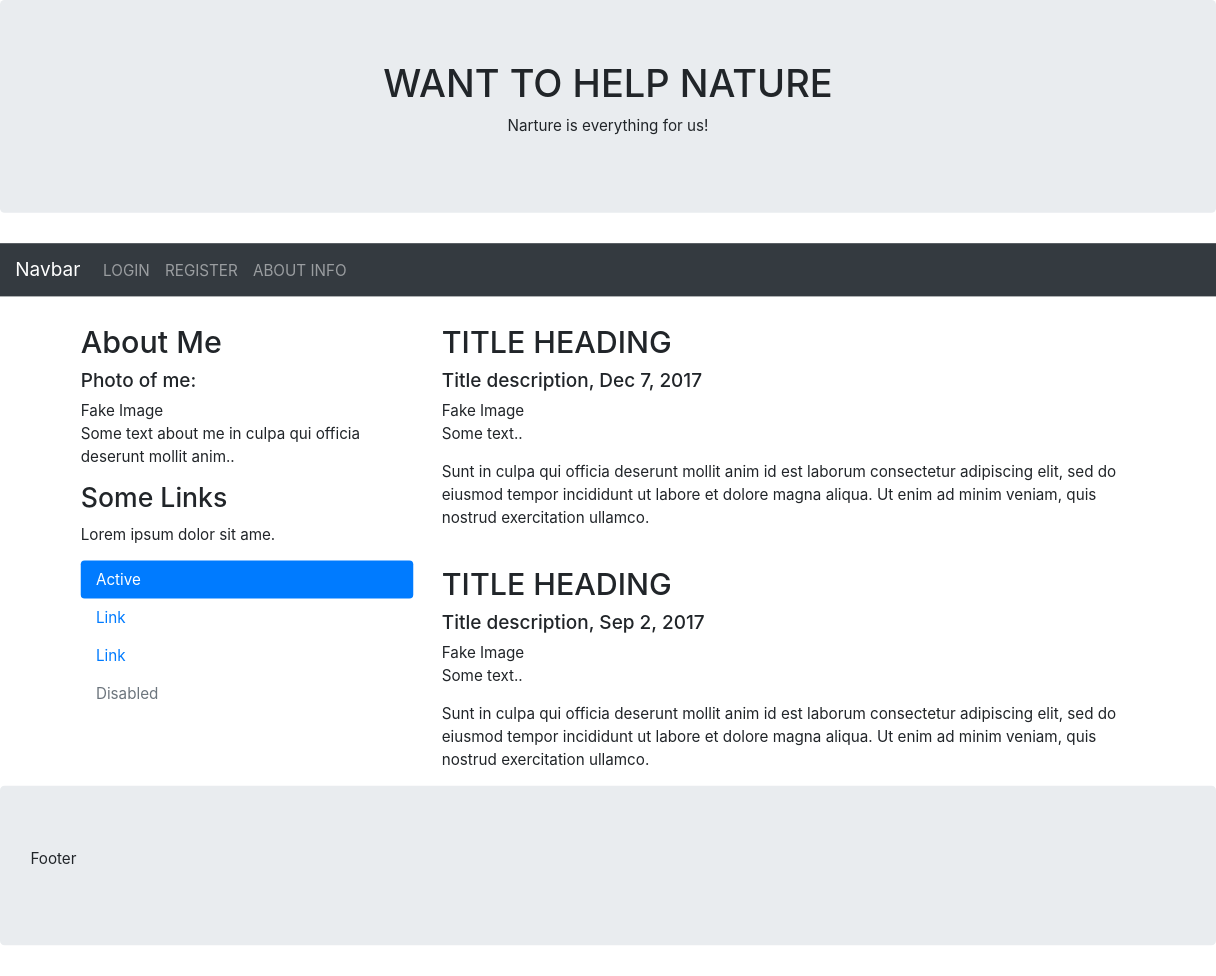
Repository: Apoorvasuswaram/cts
Page: appu/WebContent/main.html
The author's editor kept a copy of each file at every save. The page is drawn from the files as they stood at one save, then again after the next save.
The browser window is 1280 px wide. The pictures show the whole page, at 95% of full size.

Above is the page before, as saved 2020-01-18 11:44:03.

After the next save:
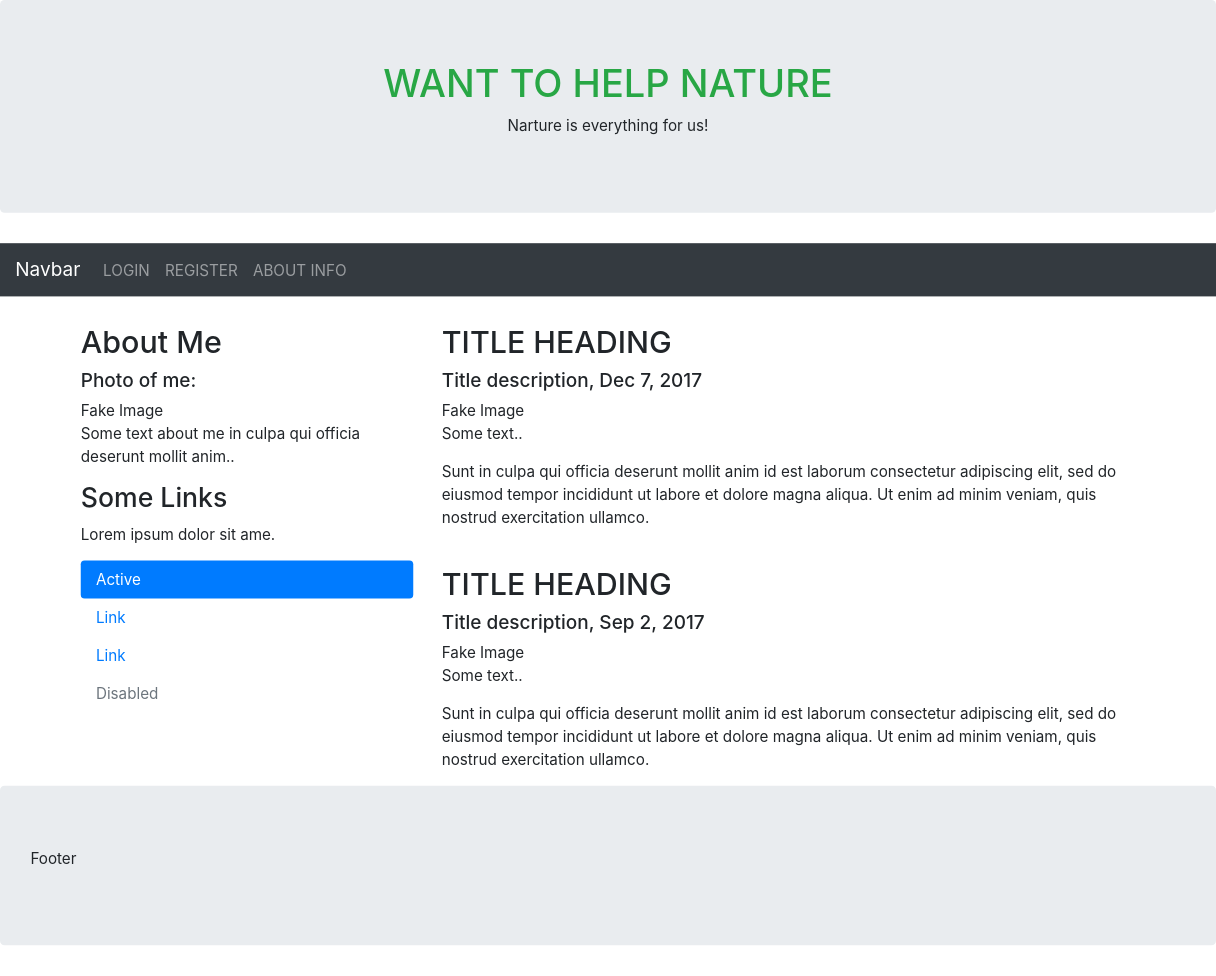
Saved 12 s later.
--- a/appu/WebContent/main.html
+++ b/appu/WebContent/main.html
@@ -21,7 +21,7 @@
 <body>
 
 <div class="jumbotron text-center" style="margin-bottom:10" bgcolor="yellow">
-  <h1 class="text.success">WANT TO HELP NATURE</h1>
+  <h1 class="text-success">WANT TO HELP NATURE</h1>
   <p>Narture is everything for us!</p>
 </div>
 
